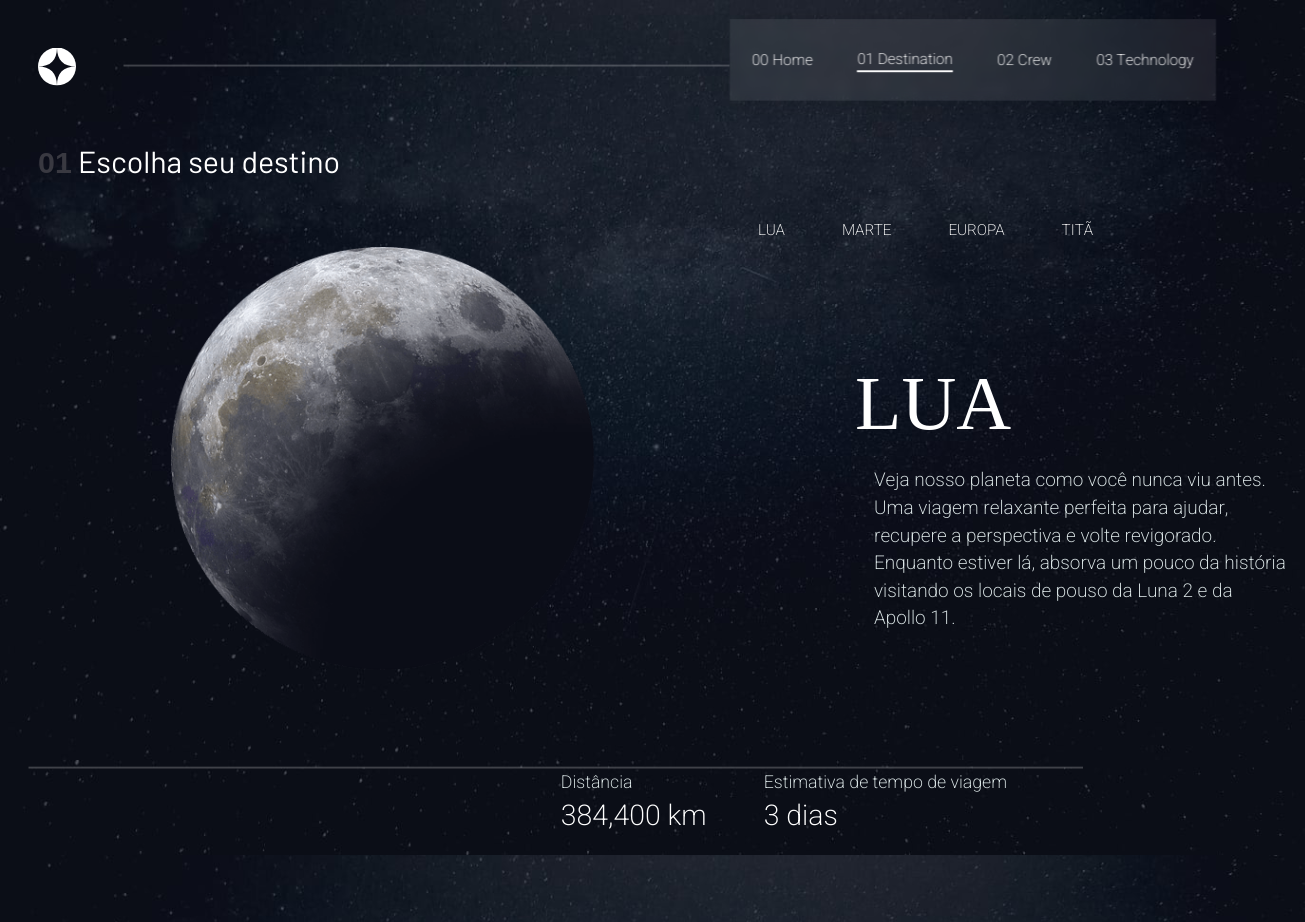
Repository: Leonngc/space-site
Page: space-tourism-website-main/space-tourism-website-main/starter-code/destination-moon.html
The author's editor kept a copy of each file at every save. The page is drawn from the files as they stood at one save, then again after the next save.
The browser window is 1280 px wide. The page is 1374 px wide, so the pictures cover 1374 px, including what lies to the right of the window. The pictures show the whole page, at 95% of full size.

Above is the page before, as saved 2023-04-30 00:44:59.

After the next save:
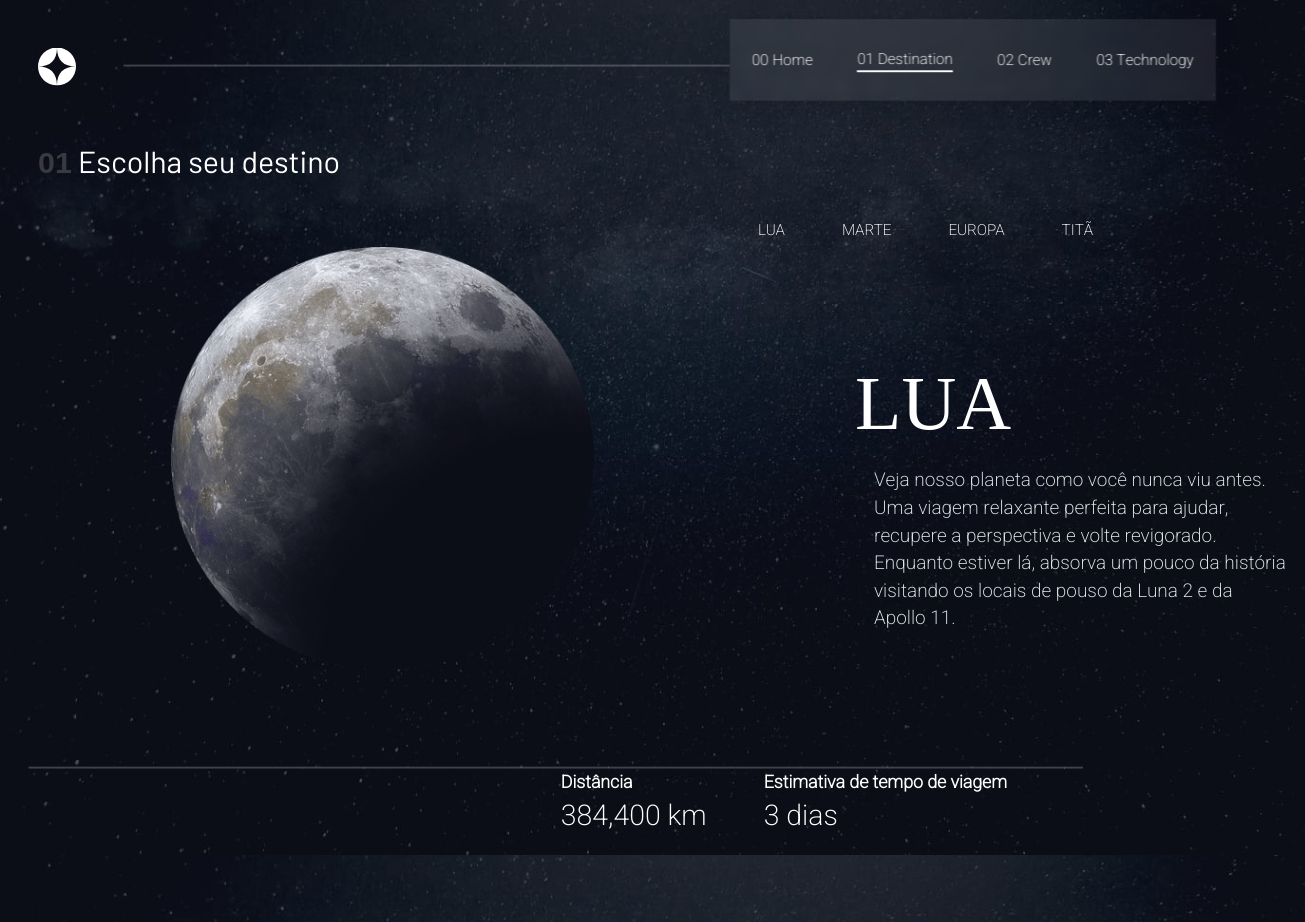
Saved 5 s later.
--- a/space-tourism-website-main/space-tourism-website-main/starter-code/styles/destination.css
+++ b/space-tourism-website-main/space-tourism-website-main/starter-code/styles/destination.css
@@ -96,7 +96,7 @@
     padding: 0px 30px 0px 30px;
 }
 
-
+.info-travel:
 
 .info-travel h3{
 

After the save that followed:
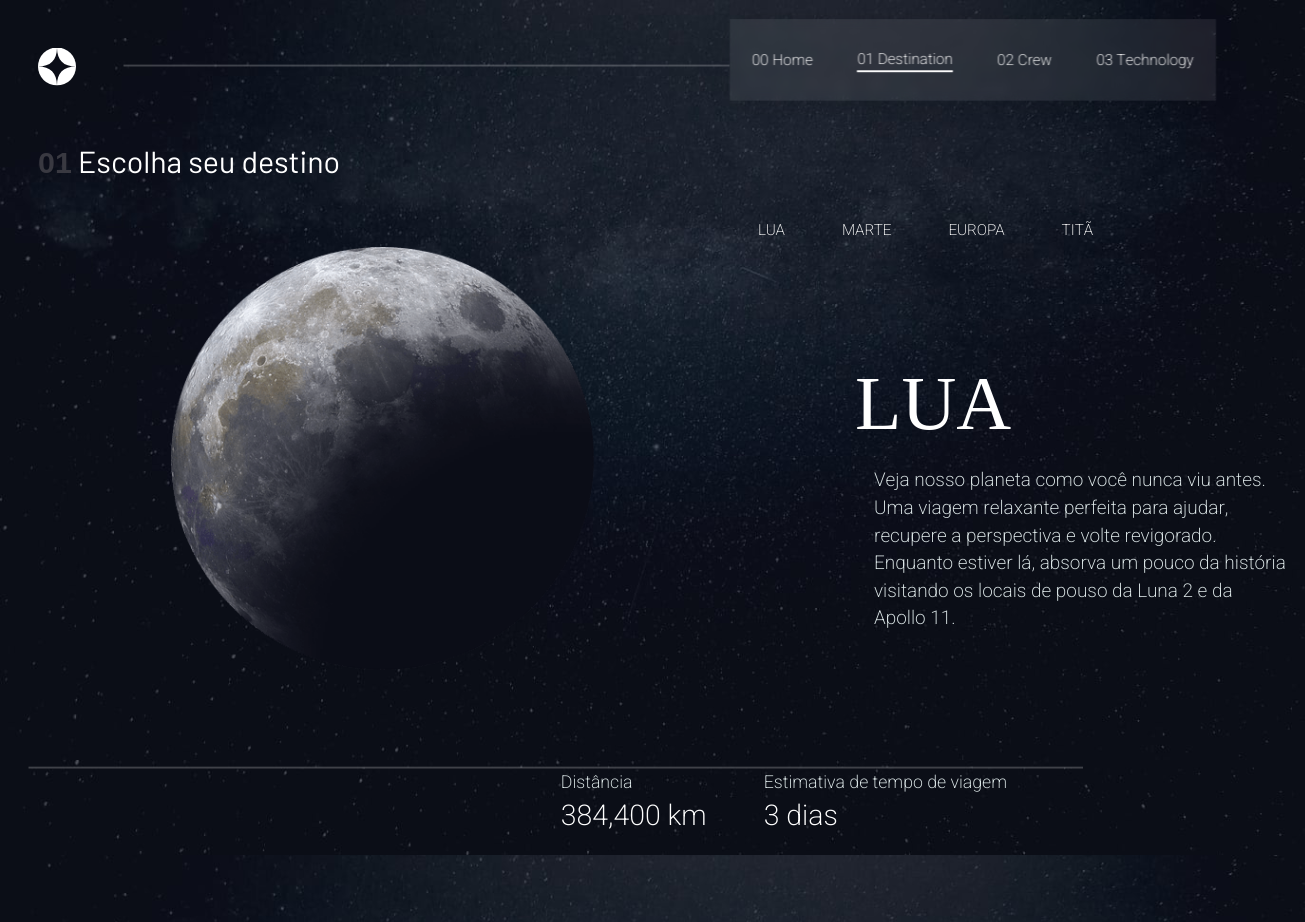
Saved 4 s later.
--- a/space-tourism-website-main/space-tourism-website-main/starter-code/styles/destination.css
+++ b/space-tourism-website-main/space-tourism-website-main/starter-code/styles/destination.css
@@ -96,7 +96,9 @@
     padding: 0px 30px 0px 30px;
 }
 
-.info-travel:
+.info-travel::after{
+
+}
 
 .info-travel h3{
 
